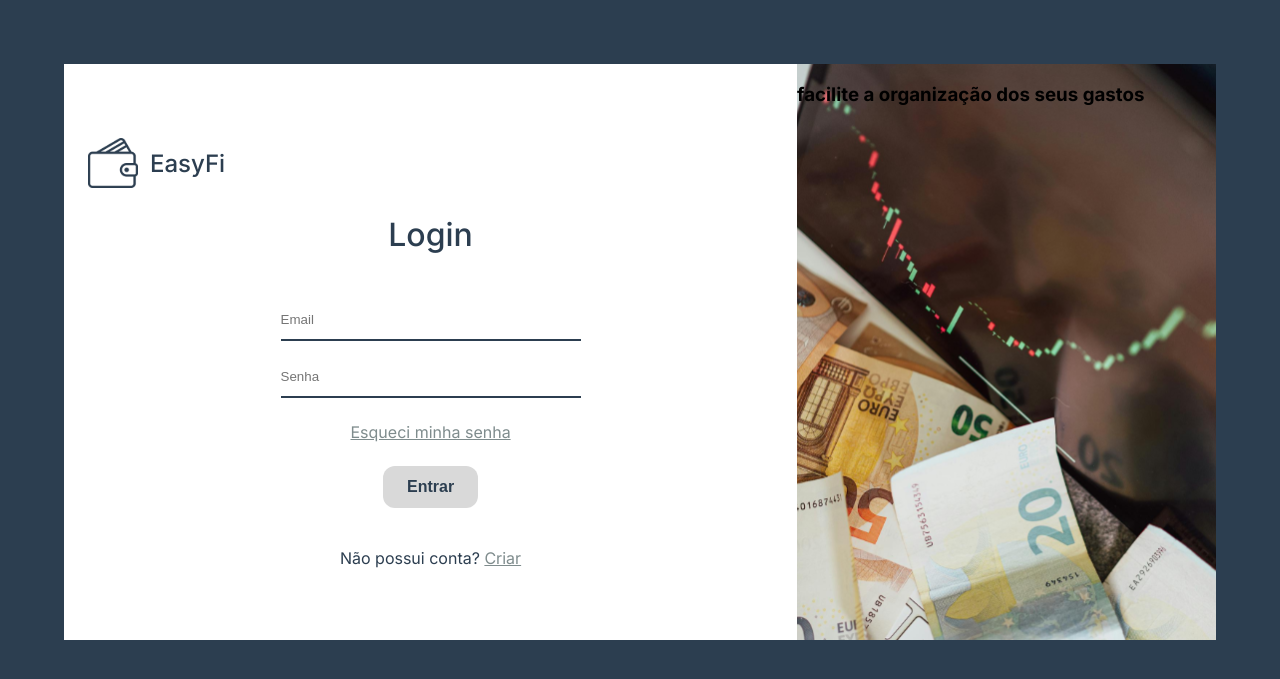
Repository: Ingridiag/projeto-engenharia
Page: login.html
An editor plug-in stored every save of this project. The page is shown before and after a run of saves, followed by the edit.
The browser window is 1280 px wide. The pictures show the whole page.

Above is the page before, as saved 2024-10-28 17:12:13.

### login.html
<!DOCTYPE html>
<html lang="pt">

<head>
    <meta charset="UTF-8">
    <meta name="viewport" content="width=device-width, initial-scale=1.0">
    <link rel="preconnect" href="https://fonts.googleapis.com">
<link rel="preconnect" href="https://fonts.gstatic.com" crossorigin>
<link href="https://fonts.googleapis.com/css2?family=Inter:ital,opsz,wght@0,14..32,100..900;1,14..32,100..900&display=swap"
rel="stylesheet">
    <link rel="stylesheet" href="style.css">
    <title>Login</title>
</head>

<body>
    <div class="container">

        <!-- Tela Login -->
        <div class="login">
            <div class="primeira-coluna">
                <div class="logo">
                    <img src="imagens/logo-azul 1.svg" alt="logo">
                    <h1>EasyFi</h1>
                </div>
                <div class="formulario">
                    <h1 class="title">Login</h1>
                    <form >
                        <input type="email" placeholder="Email">
                        <input type="password" placeholder="Senha">
                    </form>
                    <div class="uses">
                        <a href="#" class="link">Esqueci minha senha</a>

                    </div>
                    <div class="btn-default">
                        <button>
                            Entrar
                        </button>
                    </div>
                    <div >
                        <p>Não possui conta?
                            <span>
                                <a href="#" class="link">Criar</a>
                            </span>
                        </p>
                    </div>
                </div>
            </div>
            <div class="decor">
                <h3 class="mensagem">
                    facilite a organização dos seus gastos
                </h3>

            </div>
        </div>



        <div class="cadastro">
            <!-- Tela Cadastro -->
            <div class="decor">
                <h3 class="mensagem">
                    facilite a organização dos seus gastos
                </h3>
            </div>

            <div class="primeira-coluna">
                <div class="logo">
                    <img src="imagens/logo-azul 1.svg" alt="logo">
                    <h1>EasyFi</h1>
                </div>
                <div class="formulario">
                    <h1 class="title">Criar Conta</h1>
                    <form >
                        <input type="text" placeholder="Nome">
                        <input type="email" placeholder="Email">
                        <input type="password" placeholder="Senha">
                        <input type="password" placeholder=" Confirmar senha">
                    </form>
                    <div>
                        <a href="#" class="link">Esqueci minha senha</a>

                    </div>
                    <div class="btn-default">
                        <button>
                            Entrar
                        </button>
                    </div>
                    <div class="uses">
                        <p>Já possui conta?
                            <span>
                                <a href="#" class="link">Login</a>
                            </span>
                        </p>
                    </div>
                </div>
            </div>
        </div>


    </div>

</body>

</html>

### style.css
body {
    margin: 0;
    padding: 0;
    box-sizing: border-box;
    background: #2C3E50;
    font-family: "Inter", sans-serif;
}

.container {
    display: flex;
    justify-content: center;
    align-items: center;
    margin: 0 auto;
    padding: 5%;
}

.login {
    width: 100%;
    height: 80vh;

    display: flex;
    align-items: center;
    justify-content: space-between;
}

.primeira-coluna {
    width: 70%;
    height: 100%;
    display: flex;
    flex-direction: column;
    justify-content: center;
    background: #fff;
}

.logo {
    display: flex;
    gap: 12px;
    align-items: center;
    padding: 12px 24px 0;
    color: #2C3E50;

    h1 {
        font-size: 24px;
        font-weight: 500;
    }
    img{
        width: 50px;

    }

}

.formulario {
    display: flex;
    flex-direction: column;
    align-items: center;
    gap: 24px;
    color: #2C3E50;
    h1{
        font-weight: 500;}
}

.formulario form {
    display: flex;
    flex-direction: column;
    gap: 16px;
}

.formulario form input {
    width: 300px;
    padding: 12px 0px;
    background: none;
    border: none;
    border-bottom: 2px solid #2C3E50;
    outline: none;
    color: #2C3E50;

}

.formulario a {
    color: #7F8C8D;
}

.btn-default button {
    background: #D9D9D9;
    border: none;
    border-radius: 12px;
    padding: 12px 24px;
    font-size: 16px;
    transition: 0.2s ease;
    cursor: pointer;
    color: #2C3E50;
    font-weight: 600;
}

.btn-default button:hover {
    background: #F4EEEE;
    color: #577695;
    transform: scale(1.1);
}
.decor{
  width: 40%;
  height: 80vh;
  background-image: url( imagens/imagem_background.svg);
 background-position: 50% 50%;
 background-size: cover;
}

.cadastro {
    display: none;
    flex-direction: column;
    position: relative;
}

After the next 2 saves:
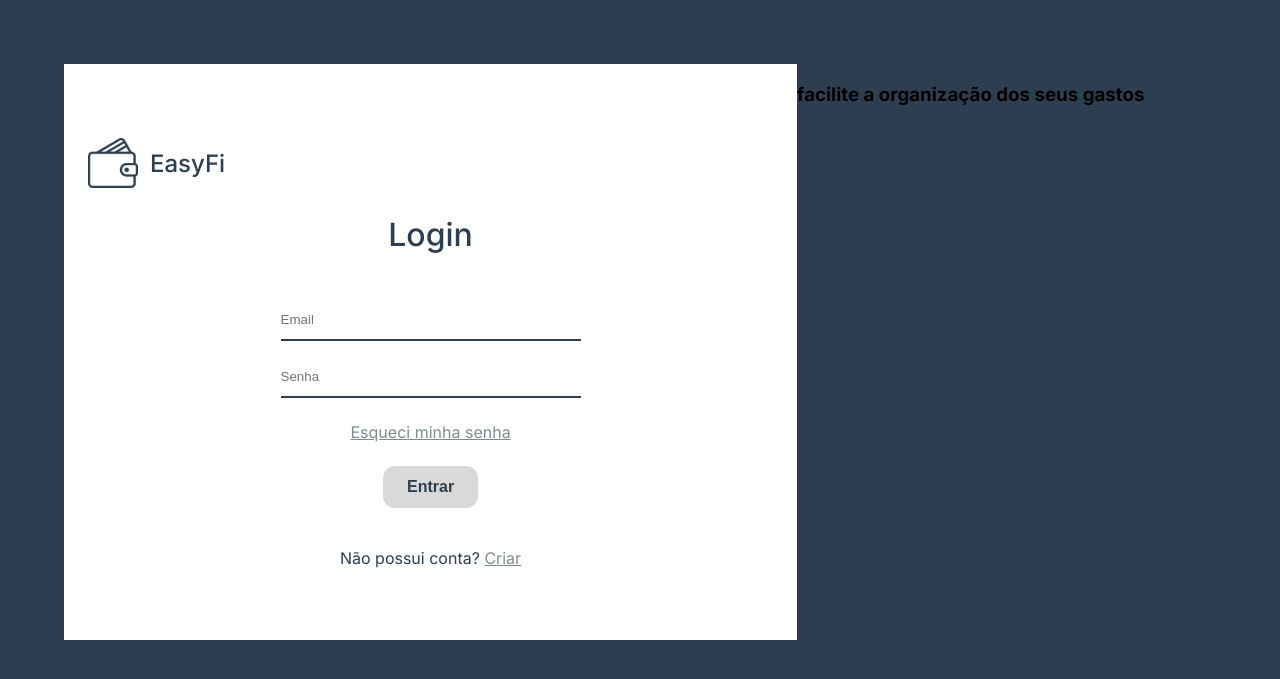
The 2 saves are shown as one change because they came seconds apart.
The last was saved 59 s later.
--- a/style.css
+++ b/style.css
@@ -101,7 +101,7 @@
 .decor{
   width: 40%;
   height: 80vh;
-  background-image: url( imagens/imagem_background.svg);
+  background-image: linear-gradient(rgba(196, 196, 196, 0.5), rgba(255, 255, 255, 0.5)), url( imagens/imagem_background.svg);
  background-position: 50% 50%;
  background-size: cover;
 }

After the 3 saves that followed:
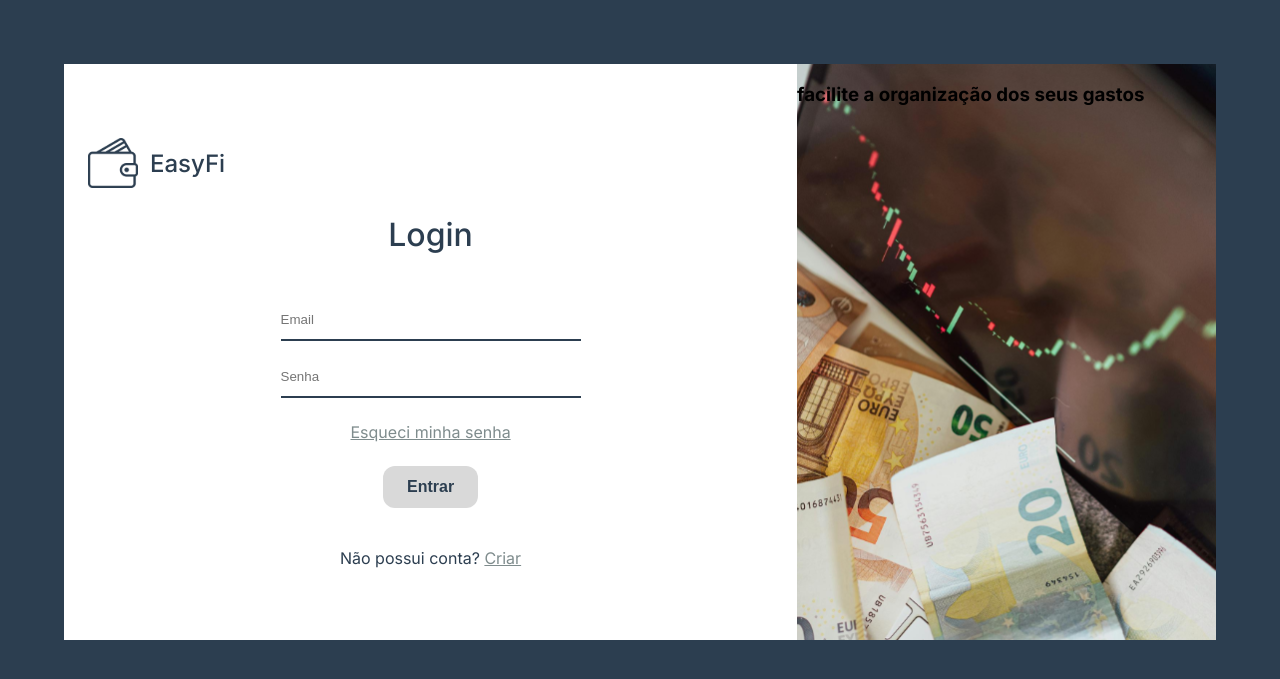
The 3 saves are shown as one change because 1 left the picture as it was and some came seconds apart.
The last was saved 63 s later.
--- a/style.css
+++ b/style.css
@@ -101,7 +101,7 @@
 .decor{
   width: 40%;
   height: 80vh;
-  background-image: linear-gradient(rgba(196, 196, 196, 0.5), rgba(255, 255, 255, 0.5)), url( imagens/imagem_background.svg);
+  background-image: url( imagens/imagem_background.svg);
  background-position: 50% 50%;
  background-size: cover;
 }
